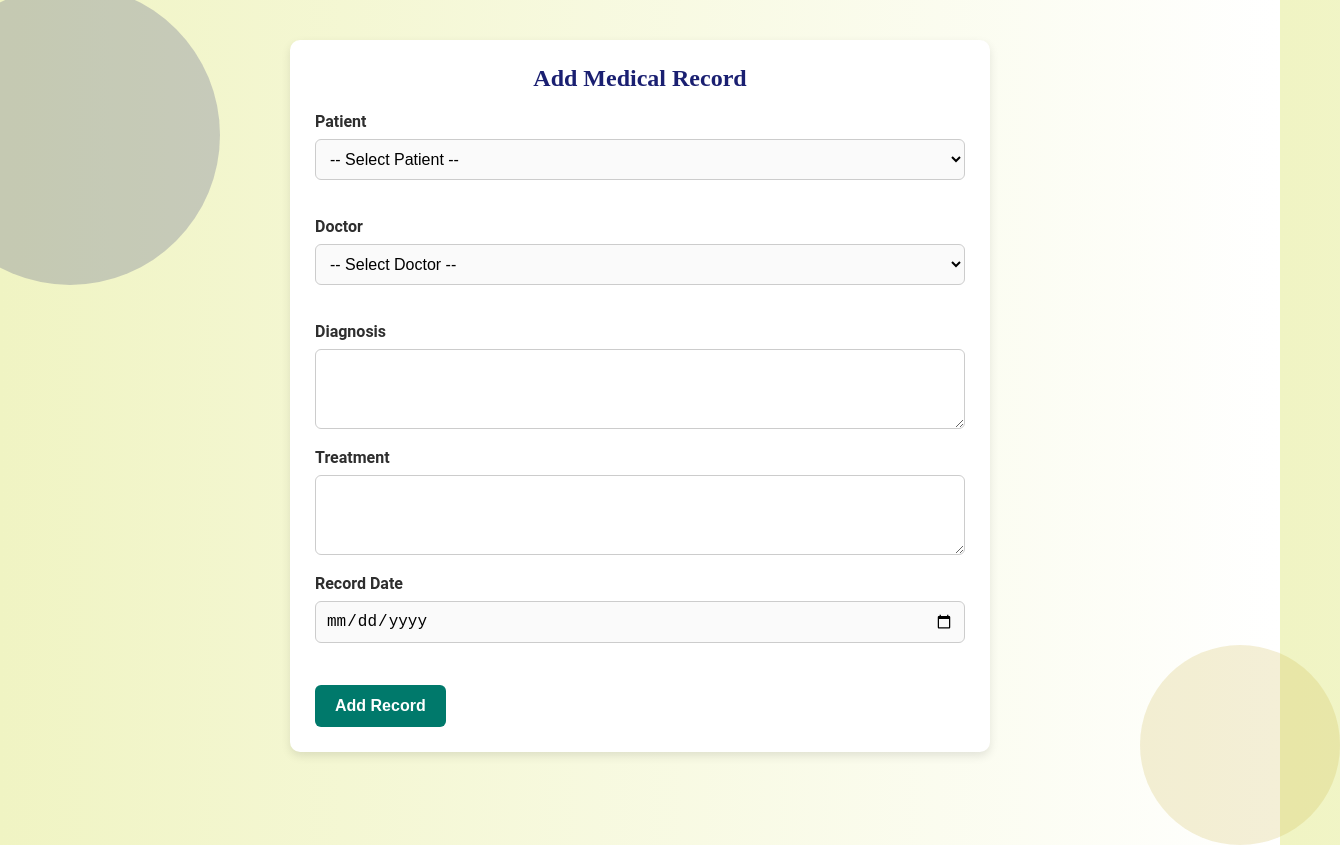
Repository: shreeshskatti/hospital_management_system
Page: http://localhost/medical_records/add_record.php
These files come from the project's save history. The page is drawn as it stood at one moment and after the next save; the edit follows.
The browser window is 1280 px wide. The page is 1340 px wide, so the pictures cover 1340 px, including what lies to the right of the window. The pictures show the whole page.
Some web fonts or font styles are not loaded; a fallback is used. The page is run by PHP 8.4 with error messages shown; the project is at /var/www/html/. The database holds what the project's SQL file puts in it.

Above is the page before, as saved 2025-05-30 11:24:40.

After the next save:
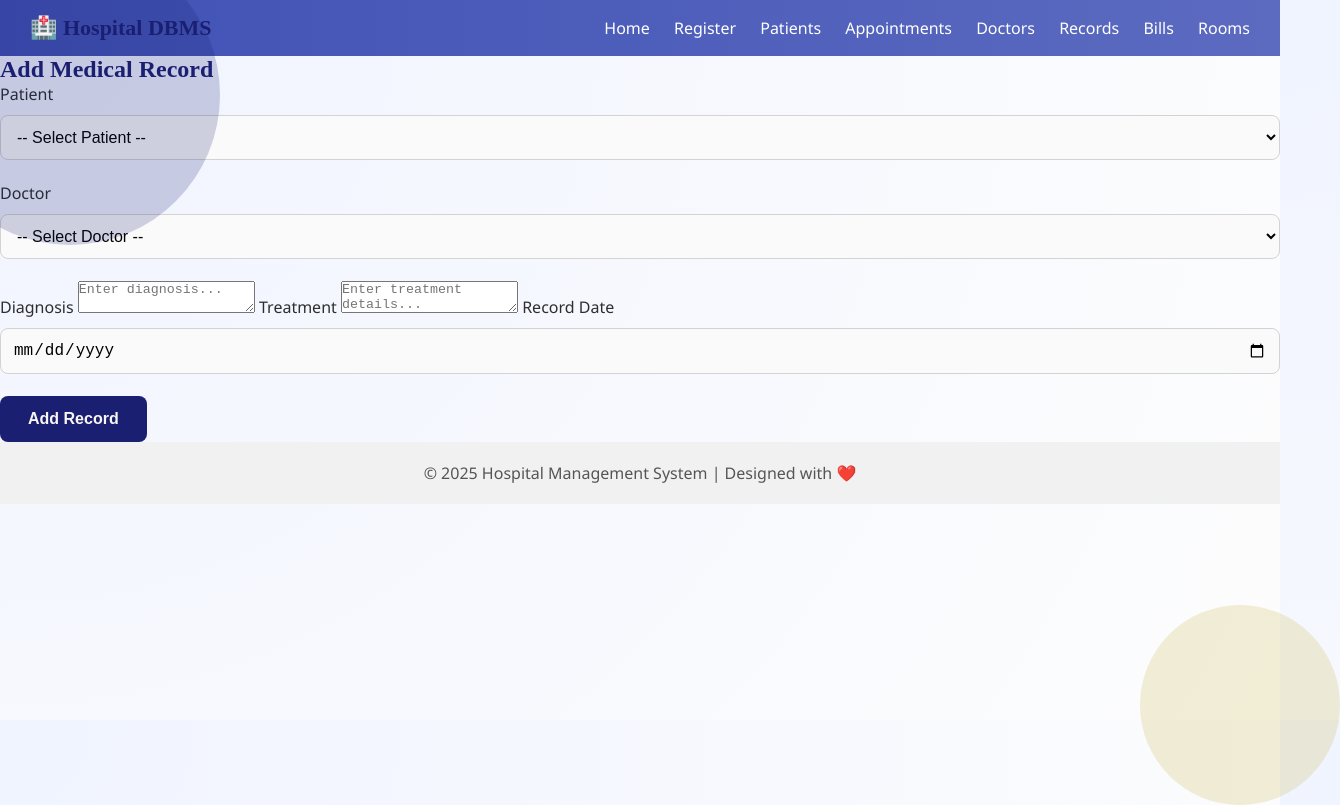
Saved 3 min 58 s later.
--- a/medical_records/add_record.php
+++ b/medical_records/add_record.php
@@ -1,8 +1,10 @@
 <?php
 include '../includes/db.php';
+include '../includes/header.php';
 
 $success = "";
 
+// Handle form submission
 if ($_SERVER["REQUEST_METHOD"] == "POST") {
     $patient_id = $_POST['patient_id'];
     $doctor_id = $_POST['doctor_id'];
@@ -10,14 +12,16 @@
     $treatment = $_POST['treatment'];
     $record_date = $_POST['record_date'];
 
-    $sql = "INSERT INTO medical_records (patient_id, doctor_id, diagnosis, treatment, record_date)
-            VALUES ('$patient_id', '$doctor_id', '$diagnosis', '$treatment', '$record_date')";
+    // Use prepared statement for security
+    $stmt = $conn->prepare("INSERT INTO medical_records (patient_id, doctor_id, diagnosis, treatment, record_date) VALUES (?, ?, ?, ?, ?)");
+    $stmt->bind_param("iisss", $patient_id, $doctor_id, $diagnosis, $treatment, $record_date);
 
-    if (mysqli_query($conn, $sql)) {
+    if ($stmt->execute()) {
         $success = "✅ Medical record added successfully!";
     } else {
-        $success = "❌ Error: " . mysqli_error($conn);
+        $success = "❌ Error: " . $conn->error;
     }
+    $stmt->close();
 }
 
 // Fetch patients
@@ -27,75 +31,19 @@
 $doctors = mysqli_query($conn, "SELECT doctor_id, name FROM doctors");
 ?>
 
-<!DOCTYPE html>
-<html lang="en">
-<head>
-    <meta charset="UTF-8">
-    <title>Add Medical Record</title>
-    <link rel="stylesheet" href="../css/style.css">
-    <style>
-        body {
-            background: linear-gradient(to right, #f0f4c3, #ffffff);
-            font-family: 'Roboto', sans-serif;
-        }
-        .form-container {
-            max-width: 700px;
-            margin: 40px auto;
-            padding: 25px;
-            background: white;
-            border-radius: 10px;
-            box-shadow: 0 4px 10px rgba(0,0,0,0.1);
-        }
-        h2 {
-            text-align: center;
-            margin-bottom: 20px;
-        }
-        label {
-            font-weight: bold;
-            display: block;
-            margin-top: 15px;
-        }
-        select, input[type="text"], input[type="date"], textarea {
-            width: 100%;
-            padding: 10px;
-            margin-top: 8px;
-            border: 1px solid #ccc;
-            border-radius: 6px;
-        }
-        textarea {
-            height: 80px;
-        }
-        button {
-            margin-top: 20px;
-            background-color: #00796B;
-            color: white;
-            padding: 12px 20px;
-            border: none;
-            border-radius: 6px;
-            cursor: pointer;
-            font-weight: bold;
-        }
-        .message {
-            margin-top: 20px;
-            text-align: center;
-            color: green;
-            font-weight: bold;
-        }
-    </style>
-</head>
-<body>
-
 <div class="form-container">
     <h2>Add Medical Record</h2>
 
-    <?php if ($success) echo "<div class='message'>$success</div>"; ?>
+    <?php if ($success): ?>
+        <div class="message"><?= $success ?></div>
+    <?php endif; ?>
 
     <form method="POST">
         <label for="patient_id">Patient</label>
         <select name="patient_id" required>
             <option value="">-- Select Patient --</option>
             <?php while ($row = mysqli_fetch_assoc($patients)): ?>
-                <option value="<?= $row['patient_id'] ?>"><?= $row['patient_id'] ?> - <?= $row['name'] ?></option>
+                <option value="<?= $row['patient_id'] ?>"><?= $row['patient_id'] ?> - <?= htmlspecialchars($row['name']) ?></option>
             <?php endwhile; ?>
         </select>
 
@@ -103,15 +51,15 @@
         <select name="doctor_id" required>
             <option value="">-- Select Doctor --</option>
             <?php while ($row = mysqli_fetch_assoc($doctors)): ?>
-                <option value="<?= $row['doctor_id'] ?>"><?= $row['doctor_id'] ?> - <?= $row['name'] ?></option>
+                <option value="<?= $row['doctor_id'] ?>"><?= $row['doctor_id'] ?> - <?= htmlspecialchars($row['name']) ?></option>
             <?php endwhile; ?>
         </select>
 
         <label for="diagnosis">Diagnosis</label>
-        <textarea name="diagnosis" required></textarea>
+        <textarea name="diagnosis" required placeholder="Enter diagnosis..."></textarea>
 
         <label for="treatment">Treatment</label>
-        <textarea name="treatment" required></textarea>
+        <textarea name="treatment" required placeholder="Enter treatment details..."></textarea>
 
         <label for="record_date">Record Date</label>
         <input type="date" name="record_date" required>
@@ -120,5 +68,4 @@
     </form>
 </div>
 
-</body>
-</html>
+<?php include '../includes/footer.php'; ?>

After the save that followed:
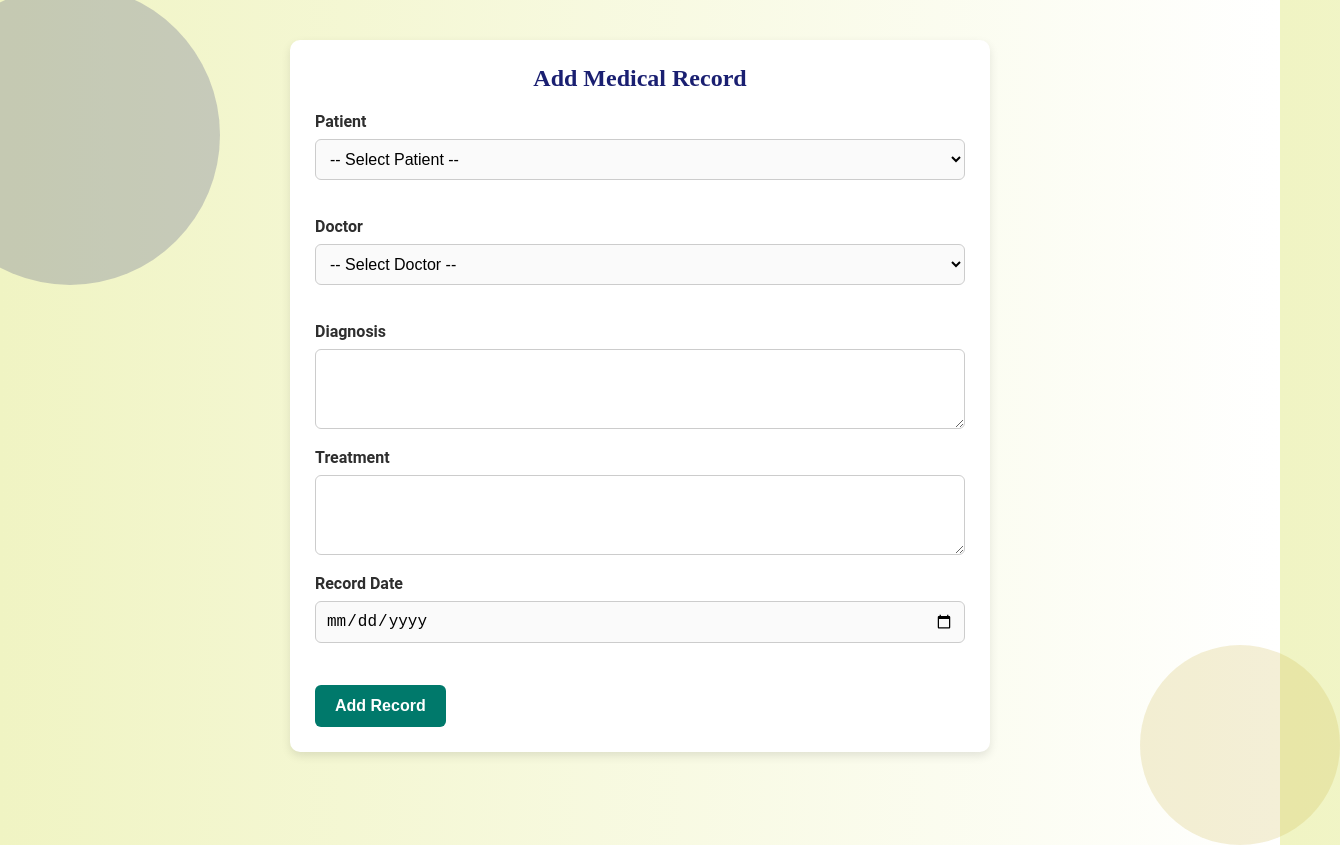
Saved 91 s later.
--- a/medical_records/add_record.php
+++ b/medical_records/add_record.php
@@ -1,6 +1,5 @@
 <?php
 include '../includes/db.php';
-include '../includes/header.php';
 
 $success = "";
 
@@ -12,16 +11,14 @@
     $treatment = $_POST['treatment'];
     $record_date = $_POST['record_date'];
 
-    // Use prepared statement for security
-    $stmt = $conn->prepare("INSERT INTO medical_records (patient_id, doctor_id, diagnosis, treatment, record_date) VALUES (?, ?, ?, ?, ?)");
-    $stmt->bind_param("iisss", $patient_id, $doctor_id, $diagnosis, $treatment, $record_date);
+    $sql = "INSERT INTO medical_records (patient_id, doctor_id, diagnosis, treatment, record_date)
+            VALUES ('$patient_id', '$doctor_id', '$diagnosis', '$treatment', '$record_date')";
 
-    if ($stmt->execute()) {
+    if (mysqli_query($conn, $sql)) {
         $success = "✅ Medical record added successfully!";
     } else {
-        $success = "❌ Error: " . $conn->error;
+        $success = "❌ Error: " . mysqli_error($conn);
     }
-    $stmt->close();
 }
 
 // Fetch patients
@@ -31,19 +28,77 @@
 $doctors = mysqli_query($conn, "SELECT doctor_id, name FROM doctors");
 ?>
 
+<!DOCTYPE html>
+<html lang="en">
+<head>
+    <meta charset="UTF-8">
+    <title>Add Medical Record</title>
+    <link rel="stylesheet" href="../css/style.css">
+    <style>
+        body {
+            background: linear-gradient(to right, #f0f4c3, #ffffff);
+            font-family: 'Roboto', sans-serif;
+        }
+        .form-container {
+            max-width: 700px;
+            margin: 40px auto;
+            padding: 25px;
+            background: white;
+            border-radius: 10px;
+            box-shadow: 0 4px 10px rgba(0,0,0,0.1);
+        }
+        h2 {
+            text-align: center;
+            margin-bottom: 20px;
+        }
+        label {
+            font-weight: bold;
+            display: block;
+            margin-top: 15px;
+        }
+        select, input[type="text"], input[type="date"], textarea {
+            width: 100%;
+            padding: 10px;
+            margin-top: 8px;
+            border: 1px solid #ccc;
+            border-radius: 6px;
+        }
+        textarea {
+            height: 80px;
+        }
+        button {
+            margin-top: 20px;
+            background-color: #00796B;
+            color: white;
+            padding: 12px 20px;
+            border: none;
+            border-radius: 6px;
+            cursor: pointer;
+            font-weight: bold;
+        }
+        .message {
+            margin-top: 20px;
+            text-align: center;
+            color: green;
+            font-weight: bold;
+        }
+    </style>
+</head>
+<body>
+
 <div class="form-container">
     <h2>Add Medical Record</h2>
 
-    <?php if ($success): ?>
-        <div class="message"><?= $success ?></div>
-    <?php endif; ?>
+    <?php if ($success) echo "<div class='message'>$success</div>"; ?>
 
     <form method="POST">
         <label for="patient_id">Patient</label>
         <select name="patient_id" required>
             <option value="">-- Select Patient --</option>
             <?php while ($row = mysqli_fetch_assoc($patients)): ?>
-                <option value="<?= $row['patient_id'] ?>"><?= $row['patient_id'] ?> - <?= htmlspecialchars($row['name']) ?></option>
+                <option value="<?= $row['patient_id'] ?>">
+                    <?= $row['patient_id'] ?> - <?= htmlspecialchars($row['name']) ?>
+                </option>
             <?php endwhile; ?>
         </select>
 
@@ -51,15 +106,17 @@
         <select name="doctor_id" required>
             <option value="">-- Select Doctor --</option>
             <?php while ($row = mysqli_fetch_assoc($doctors)): ?>
-                <option value="<?= $row['doctor_id'] ?>"><?= $row['doctor_id'] ?> - <?= htmlspecialchars($row['name']) ?></option>
+                <option value="<?= $row['doctor_id'] ?>">
+                    <?= $row['doctor_id'] ?> - <?= htmlspecialchars($row['name']) ?>
+                </option>
             <?php endwhile; ?>
         </select>
 
         <label for="diagnosis">Diagnosis</label>
-        <textarea name="diagnosis" required placeholder="Enter diagnosis..."></textarea>
+        <textarea name="diagnosis" required></textarea>
 
         <label for="treatment">Treatment</label>
-        <textarea name="treatment" required placeholder="Enter treatment details..."></textarea>
+        <textarea name="treatment" required></textarea>
 
         <label for="record_date">Record Date</label>
         <input type="date" name="record_date" required>
@@ -68,4 +125,5 @@
     </form>
 </div>
 
-<?php include '../includes/footer.php'; ?>
+</body>
+</html>
